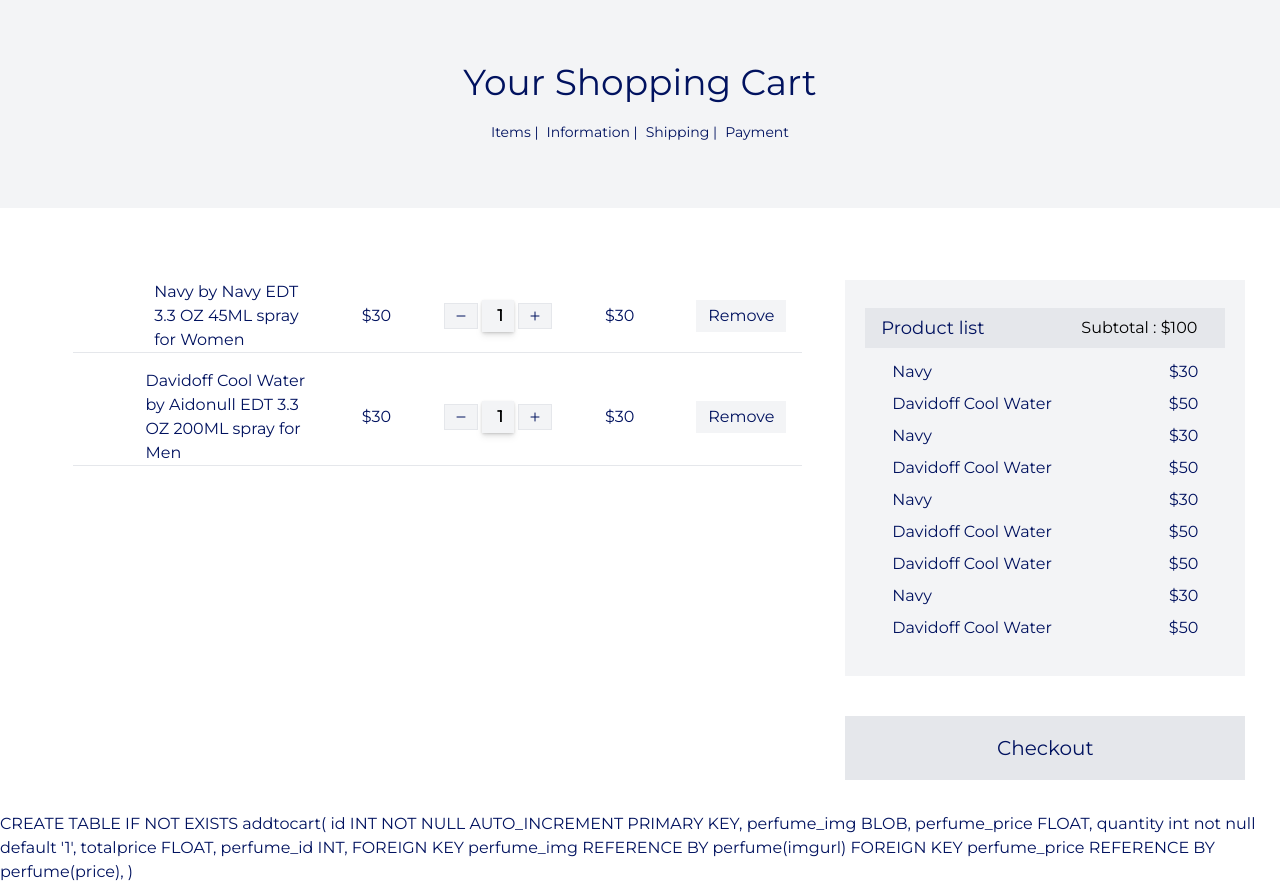
Repository: hsumyatm7308/ecommerce-small-shopping
Page: http://localhost/mvcshop/shopcartpage.php
An editor plug-in stored every save of this project. The page is shown before and after the next save, followed by the edit.
The browser window is 1280 px wide. The pictures show the whole page.
Some web libraries are served in a nearby version. The page is run by PHP 8.4 with error messages shown; the project is at /var/www/html/. Queries for data that is not in the repository find no rows.

Above is the page before, as saved 2023-08-11 01:38:32.

### shopcartpage.php
<!DOCTYPE html>
<html>

<head>
    <meta charset="UTF-8">
    <meta name="viewport" content="width=device-width, initial-scale=1.0">
    <title>Shopping</title>
    <link rel="stylesheet" href="./css/style.css">
    <script src="https://cdn.tailwindcss.com"></script>
    <script src="https://code.jquery.com/jquery-3.6.0.min.js"
        integrity="sha256-/xUj+3OJU5yExlq6GSYGSHk7tPXikynS7ogEvDej/m4=" crossorigin="anonymous"></script>
    <script src="https://cdnjs.cloudflare.com/ajax/libs/popper.js/1.12.9/umd/popper.min.js"
        integrity="sha384-ApNbgh9B+Y1QKtv3Rn7W3mgPxhU9K/ScQsAP7hUibX39j7fakFPskvXusvfa0b4Q"
        crossorigin="anonymous"></script>
    <script src="https://maxcdn.bootstrapcdn.com/bootstrap/4.0.0/js/bootstrap.min.js"
        integrity="sha384-JZR6Spejh4U02d8jOt6vLEHfe/JQGiRRSQQxSfFWpi1MquVdAyjUar5+76PVCmYl"
        crossorigin="anonymous"></script>

</head>

<body>

    <section>
        <div class="w-full h-52 bg-gray-100 flex justify-center itmes-center">
            <div class="flex justify-center itmes-center flex-col">
                <h1 class="text-4xl"> Your Shopping Cart</h1>

                <div class="mt-4">
                    <ul class="flex justify-center itmes-center text-sm">
                        <li class="p-1">Items |</li>
                        <li class="p-1 ">Information |</li>
                        <li class="p-1">Shipping |</li>
                        <li class="p-1 ">Payment</li>
                    </ul>
                </div>
            </div>
        </div>
    </section>

    <section>
        <div class="w-full p-8">
            <div class="grid grid-cols-3">
                <div class="col-span-2 flex justify-center items-start">

                    <div class="w-[90%] mt-10">

                        <div class=" grid grid-cols-6 justify-center items-center border-b mb-4">
                            <div class="col-span-2 flex justify-center items-center">
                                <img src="./assets/img/perfume/men/men1.jpg" alt="" class="" width="100px">
                                <span class="ml-10">Navy by Navy EDT 3.3 OZ 45ML spray for Women</span>
                            </div>

                            <div class="flex justify-center items-center">
                                <p>$30</p>
                            </div>

                            <div class=" flex justify-center items-center">

                                <div class="  flex justify-center items-center p-1">

                                    <div class="item flex justify-center items-center p-1">
                                        <div class="flex items-center">
                                            <span id="decrease" class="bg-gray-100 border px-2 py-1 m-1 decrease">
                                                <svg xmlns="http://www.w3.org/2000/svg" fill="none" viewBox="0 0 24 24"
                                                    stroke-width="1.5" stroke="currentColor" class="w-4 h-4">
                                                    <path stroke-linecap="round" stroke-linejoin="round" d="M18 12H6" />
                                                </svg>
                                            </span>

                                            <span
                                                class="w-8 h-8 bg-gray-100 text-[#000] font-semibold shadow drop-shadow-md flex justify-center items-center">
                                                <input type="text" class="w-8 bg-gray-100 focus:outline-none valueInput"
                                                    value=" 1" style="text-align:center;">
                                            </span>

                                            <span id="increase" class="bg-gray-100 border px-2 py-1 m-1 increase">
                                                <svg xmlns="http://www.w3.org/2000/svg" fill="none" viewBox="0 0 24 24"
                                                    stroke-width="1.5" stroke="currentColor" class="w-4 h-4">
                                                    <path stroke-linecap="round" stroke-linejoin="round"
                                                        d="M12 6v12m6-6H6" />
                                                </svg>
                                            </span>
                                        </div>
                                    </div>

                                </div>

                            </div>

                            <div class="flex justify-center items-center">
                                <p>$30</p>
                            </div>

                            <div class="flex justify-center items-center">
                                <button class="px-3 py-1 bg-gray-100">Remove</button>
                            </div>

                        </div>

                        <div class=" grid grid-cols-6 justify-center items-center border-b mb-4">
                            <div class="col-span-2 flex justify-center items-center">
                                <img src="./assets/img/perfume/men/men1.jpg" alt="" class="" width="100px">
                                <span class="ml-10">Davidoff Cool Water by Aidonull EDT 3.3 OZ 200ML spray for
                                    Men</span>
                            </div>

                            <div class="flex justify-center items-center">
                                <p>$30</p>
                            </div>

                            <div class=" flex justify-center items-center">

                                <div class="  flex justify-center items-center p-1">

                                    <div class="item flex justify-center items-center p-1">
                                        <div class="flex items-center">
                                            <span id="decrease" class="bg-gray-100 border px-2 py-1 m-1 decrease">
                                                <svg xmlns="http://www.w3.org/2000/svg" fill="none" viewBox="0 0 24 24"
                                                    stroke-width="1.5" stroke="currentColor" class="w-4 h-4">
                                                    <path stroke-linecap="round" stroke-linejoin="round" d="M18 12H6" />
                                                </svg>
                                            </span>

                                            <span
                                                class="w-8 h-8 bg-gray-100 text-[#000] font-semibold shadow drop-shadow-md flex justify-center items-center">
                                                <input type="text" class="w-8 bg-gray-100 focus:outline-none valueInput"
                                                    value=" 1" style="text-align:center;">
                                            </span>

                                            <span id="increase" class="bg-gray-100 border px-2 py-1 m-1 increase">
                                                <svg xmlns="http://www.w3.org/2000/svg" fill="none" viewBox="0 0 24 24"
                                                    stroke-width="1.5" stroke="currentColor" class="w-4 h-4">
                                                    <path stroke-linecap="round" stroke-linejoin="round"
                                                        d="M12 6v12m6-6H6" />
                                                </svg>
                                            </span>
                                        </div>
                                    </div>

                                </div>

                            </div>

                            <div class="flex justify-center items-center">
                                <p>$30</p>
                            </div>

                            <div class="flex justify-center items-center">
                                <button class="px-3 py-1 bg-gray-100">Remove</button>
                            </div>

                        </div>


                        <?php require_once "cart.php" ?>



                    </div>
                </div>
                <div class="w-full flex justify-start items-center flex-col">
                    <div class="w-[400px] min-h-[300px] bg-gray-100 mt-10 flex  items-center flex-col px-5 py-7">
                        <div class="w-full h-10 bg-gray-200 flex justify-between items-center">
                            <h1 class="text-lg ml-4">Product list</h1>
                            <h1 class="text-black mr-7">Subtotal : $100</h1>
                        </div>
                        <div class="w-[85%] flex items-center flex-col mt-3">

                            <li class="w-full flex justify-between mb-2"><span>Navy</span> <span>$30</span></li>
                            <li class="w-full flex justify-between  mb-2"><span>Davidoff Cool Water</span>
                                <span>$50</span>
                            </li>
                            <li class="w-full flex justify-between  mb-2"><span>Navy</span> <span>$30</span></li>
                            <li class="w-full flex justify-between  mb-2"><span>Davidoff Cool Water</span>
                                <span>$50</span>
                            </li>
                            <li class="w-full flex justify-between  mb-2"><span>Navy</span> <span>$30</span></li>
                            <li class="w-full flex justify-between  mb-2"><span>Davidoff Cool Water</span>
                                <span>$50</span>
                            </li>
                            <li class="w-full flex justify-between  mb-2"><span>Davidoff Cool Water</span>
                                <span>$50</span>
                            </li>
                            <li class="w-full flex justify-between  mb-2"><span>Navy</span> <span>$30</span></li>
                            <li class="w-full flex justify-between  mb-2"><span>Davidoff Cool Water</span>
                                <span>$50</span>
                            </li>



                        </div>
                    </div>

                    <div class="w-[400px] h-16 bg-gray-200 flex justify-center items-center mt-10 ">
                        <a href="./informationpage.html" class="text-xl">Checkout</a>
                    </div>
                </div>

            </div>

        </div>
    </section>




    <script>
        const items = document.querySelectorAll('.item');

        items.forEach(item => {
            const decreaseButton = item.querySelector('.decrease');
            const increaseButton = item.querySelector('.increase');
            const valueInput = item.querySelector('.valueInput');


            decreaseButton.addEventListener('click', () => {
                let currentValue = parseInt(valueInput.value);
                if (!isNaN(currentValue)) {
                    valueInput.value = Math.max(currentValue - 1, 0);
                }

                console.log(item)

            });

            increaseButton.addEventListener('click', () => {
                let currentValue = parseInt(valueInput.value);
                if (!isNaN(currentValue)) {
                    valueInput.value = currentValue + 1;
                }

                console.log("hi")
            });
        });
    </script>

</body>

</html>



<!-- CREATE TABLE IF NOT EXISTS customers(

    id INT NOT NULL AUTO_INCREMENT PRIMARY KEY,
    name VARCHAR (256),
    email VARCHAR (255),
    address VARCHAR(320),
    payment ENUM('COD','Paypal'),
    shipping ENUM('fast','faster','fastest'),
    perfume_id INT,
    FOREIGN KEY perfume_id REFERENCE BY perfume(id)

)
-->
CREATE TABLE IF NOT EXISTS addtocart(
    id INT NOT NULL AUTO_INCREMENT PRIMARY KEY,
    perfume_img BLOB,
    perfume_price FLOAT,

    quantity int not null default '1',
    totalprice FLOAT,
    perfume_id INT,
    FOREIGN KEY perfume_img REFERENCE BY perfume(imgurl)
    FOREIGN KEY perfume_price REFERENCE BY perfume(price),


)

### cart.php
<?php
// error_reporting(E_ALL);
// ini_set('display_errors', '1');

// require_once "database.php";

$cartstmt = null;

if ($_SERVER["REQUEST_METHOD"] === "POST") {
    if (isset($_POST["quantity"])) {
        $quantity = $_POST["quantity"];
        $id = $_GET['items'];
        // $perfumename = $_POST["perfumeName"];
        // $brandname = $_POST["brandName"];

        // echo $quantity, $id,$perfumename,$brandname;

        try {
            $conn = new PDO("mysql:host=localhost;dbname=perumdej", "root", "");

            $cartstmt = $conn->prepare("SELECT * FROM perfume WHERE id = :id");
            $cartstmt->bindParam(':id', $id);
            $cartstmt->execute();

            while ($row = $cartstmt->fetch()) {

                echo $row['perfume_name'];

            }

        } catch (PDOException $e) {
            echo "PDOException: " . $e->getMessage();
        }

    } else {
        echo "Quantity parameter is missing in the request.";
    }
}
?>



    <!-- <div class=" grid grid-cols-6 justify-center items-center border-b mb-4">
        <div class="col-span-2 flex justify-center items-center">
            <img src="./assets/img/perfume/men/men1.jpg" alt="" class="" width="100px">
            <span class="ml-10">

            </span>
        </div>

        <div class="flex justify-center items-center">
            <p>$30</p>
        </div>

        <div class=" flex justify-center items-center">

            <div class="  flex justify-center items-center p-1">

                <div class="item flex justify-center items-center p-1">
                    <div class="flex items-center">
                        <span id="decrease" class="bg-gray-100 border px-2 py-1 m-1 decrease">
                            <svg xmlns="http://www.w3.org/2000/svg" fill="none" viewBox="0 0 24 24" stroke-width="1.5"
                                stroke="currentColor" class="w-4 h-4">
                                <path stroke-linecap="round" stroke-linejoin="round" d="M18 12H6" />
                            </svg>
                        </span>

                        <span
                            class="w-8 h-8 bg-gray-100 text-[#000] font-semibold shadow drop-shadow-md flex justify-center items-center">
                            <input type="text" class="w-8 bg-gray-100 focus:outline-none valueInput" value=" 1"
                                style="text-align:center;">
                        </span>

                        <span id="increase" class="bg-gray-100 border px-2 py-1 m-1 increase">
                            <svg xmlns="http://www.w3.org/2000/svg" fill="none" viewBox="0 0 24 24" stroke-width="1.5"
                                stroke="currentColor" class="w-4 h-4">
                                <path stroke-linecap="round" stroke-linejoin="round" d="M12 6v12m6-6H6" />
                            </svg>
                        </span>
                    </div>
                </div>

            </div>

        </div>

        <div class="flex justify-center items-center">
            <p>$30</p>
        </div>

        <div class="flex justify-center items-center">
            <button class="px-3 py-1 bg-gray-100">Remove</button>
        </div>

    </div> -->

### css/style.css
@import url('https://fonts.googleapis.com/css2?family=Montserrat&display=swap');
body {

    font-family: 'Montserrat', sans-serif;
    /* font-family: capitolina, serif; */
    /* font-family: 'Courier New', Courier, monospace; */
    font-style: normal;
    font-weight: 300;
    color: #01125f;

    margin: 0;
    padding: 0;

    overflow-x: hidden;






}

@import url('https://fonts.googleapis.com/css2?family=Crimson+Text&family=Oswald:wght@300&display=swap');

nav{
    /* font-family: 'Crimson Text', serif;
    font-family: 'Oswald', sans-serif; */
    color: #01125f;


}


.imgctn{
    display: grid;
    grid-template-columns: 3;

}

### sortingindex.php
<div>
    <ul class="flex justify-center items-center">
        <li class="font-bold mr-5">Sort by : </li>
        <form action="" method="post" class="flex justify-center items-center">
            <?php


            if (isset($_POST['asc'])) {


                echo '<li class="mr-5">
                                <button type="submit" name="asc" class="text-gray-500 p-1">Ascending price</button>
                            </li>';
            } else {
                echo '<li class="mr-5">
                            <button type="submit" name="asc" class="">Ascending price</button>
                        </li>';
            }
            if (isset($_POST['dec'])) {
                echo '<li class="mr-5">
                                <button type="submit" name="dec" class="text-gray-500">Descending price</button>
                            </li>';
            } else {
                echo '<li class="mr-5">
                                <button type="submit" name="dec" class="text--500">Descending price</button>
                            </li>';
            }

            if (isset($_POST['rev'])) {
                echo '<li class="mr-5">
                                <button type="submit" name="rev" class="text-gray-500">Review </button>
                            </li>';
            } else {
                echo '<li class="mr-5">
                                <button type="submit" name="rev" class="text--500">Review </button>
                            </li>';
            }


            ?>
        </form>
    </ul>
</div>

### brandname/brandnameall.php
<?php
require_once "database.php";

try {
    global $conn;

    $stmt = $conn->prepare("SELECT fsletter FROM perfume  ORDER BY fsletter ASC");
    $stmt->execute();


    $shownLetters = array();

} catch (Exception $e) {
    echo "Error Found: " . $e->getMessage();
}
?>


<?php
$currentPage = 1;
?>

<?php while ($row = $stmt->fetch()): ?>
    <?php
    if (!in_array($row['fsletter'], $shownLetters)) {
        $shownLetters[] = $row['fsletter'];

        $letter = $row['fsletter'];
        if (isset($_GET['letters']) && $_GET['letters'] === $letter) {
            $backgroundClass = "bg-gray-400 text-white";
        } else {
            $backgroundClass = "bg-gray-100";
        }
        ?>

        <li class="w-7 h-7 flex justify-center items-center m-1 letter-link <?php echo $backgroundClass; ?>">
            <a href="index.php?page=<?php echo $currentPage; ?>&letters=<?php echo urlencode($letter); ?>"><?php echo $letter; ?></a>
        </li>

    <?php } ?>
<?php endwhile; ?>

### database.php
<?php
$servername = "localhost";
$username = "root";
$password = "";
$dbname = "perumdej";

try {
    // Create a database connection
    $conn = new PDO("mysql:host=$servername;dbname=$dbname", $username, $password);
    $conn->setAttribute(PDO::ATTR_ERRMODE, PDO::ERRMODE_EXCEPTION);

    // if ($_SERVER["REQUEST_METHOD"] == "POST") {
    //     $imageData = file_get_contents($_FILES['image']['tmp_name']);

    //     $stmt = $conn->prepare("UPDATE perfume SET imgurl = :imgurl WHERE id = :id");




    //     $id = 1;



    //     $stmt->bindParam(':id', $id, PDO::PARAM_INT);
    //     $stmt->bindParam(':imgurl', $imageData);



    //     $stmt->execute();

    //     echo "Image inserted successfully.";
    // }
} catch (PDOException $e) {
    echo "Error: " . $e->getMessage();
}




?>

### pagination.php
<?php
require_once "database.php";

try {
    global $conn;

    $stmt = $conn->prepare("SELECT id, perfume_name, brand_name, category_name, price, imgurl,mili FROM perfume");
    $stmt->execute(); // Execute the query to fetch data


    $pricestmt = $conn->prepare("SELECT id, perfume_name, brand_name, category_name, price, imgurl, mili FROM perfume WHERE price BETWEEN :startprice AND :endprice AND category_name IN ('Men','Unisex','Women')");
    $pricestmt->bindParam(':startprice', $startprice, PDO::PARAM_INT);
    $pricestmt->bindParam(':endprice', $endprice, PDO::PARAM_INT);
    $pricestmt->execute();

} catch (Exception $e) {
    echo "Error Found: " . $e->getMessage();
}




?>

Loaded but not shown: backendfunction/allfrg.php (607 lines, source omitted); index.php (268 lines, source omitted); headersection.php (175 lines, source omitted)

After the next save:
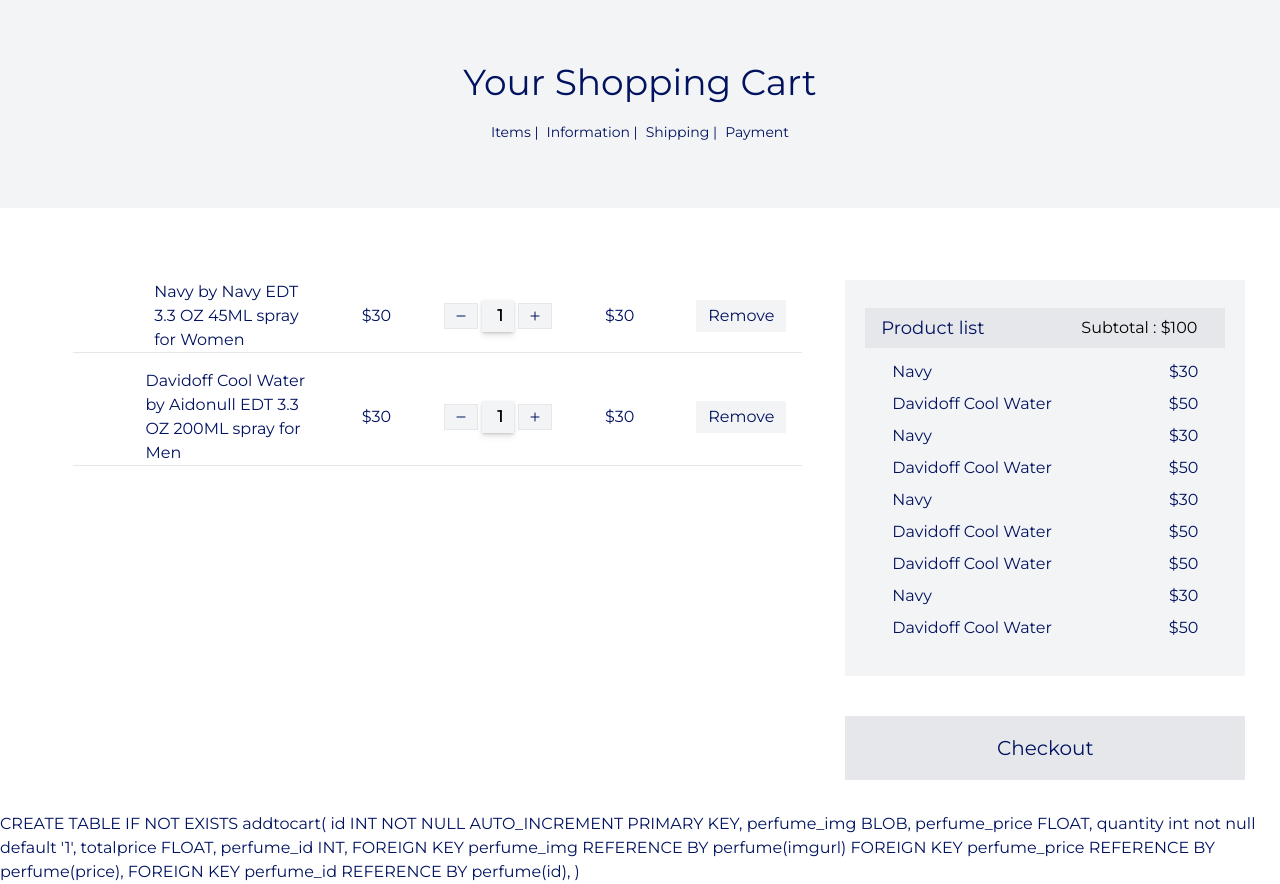
Saved 11 s later.
--- a/shopcartpage.php
+++ b/shopcartpage.php
@@ -263,6 +263,7 @@
     perfume_id INT,
     FOREIGN KEY perfume_img REFERENCE BY perfume(imgurl)
     FOREIGN KEY perfume_price REFERENCE BY perfume(price),
+    FOREIGN KEY perfume_id REFERENCE BY perfume(id),
 
 
 )
